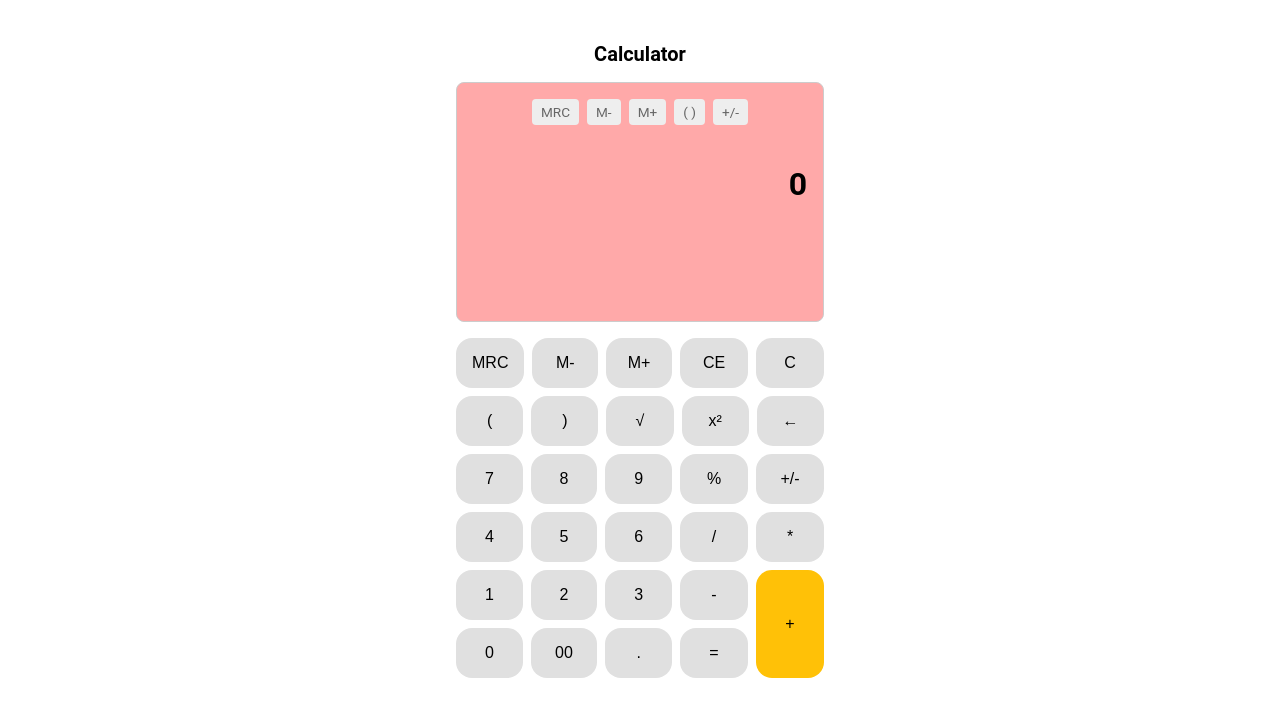
Repository: Denis793/CalculatorNew
Page: index.html
These files come from the project's save history. The page is drawn as it stood at one moment and after the next save; the edit follows.
The browser window is 1280 px wide. The pictures show the whole page.
The style sheet was rebuilt from its Sass, Less or Tailwind sources for each picture, by a compiler version that may differ from the author's.

Above is the page before, as saved 2025-05-17 19:12:21.

After the next save:
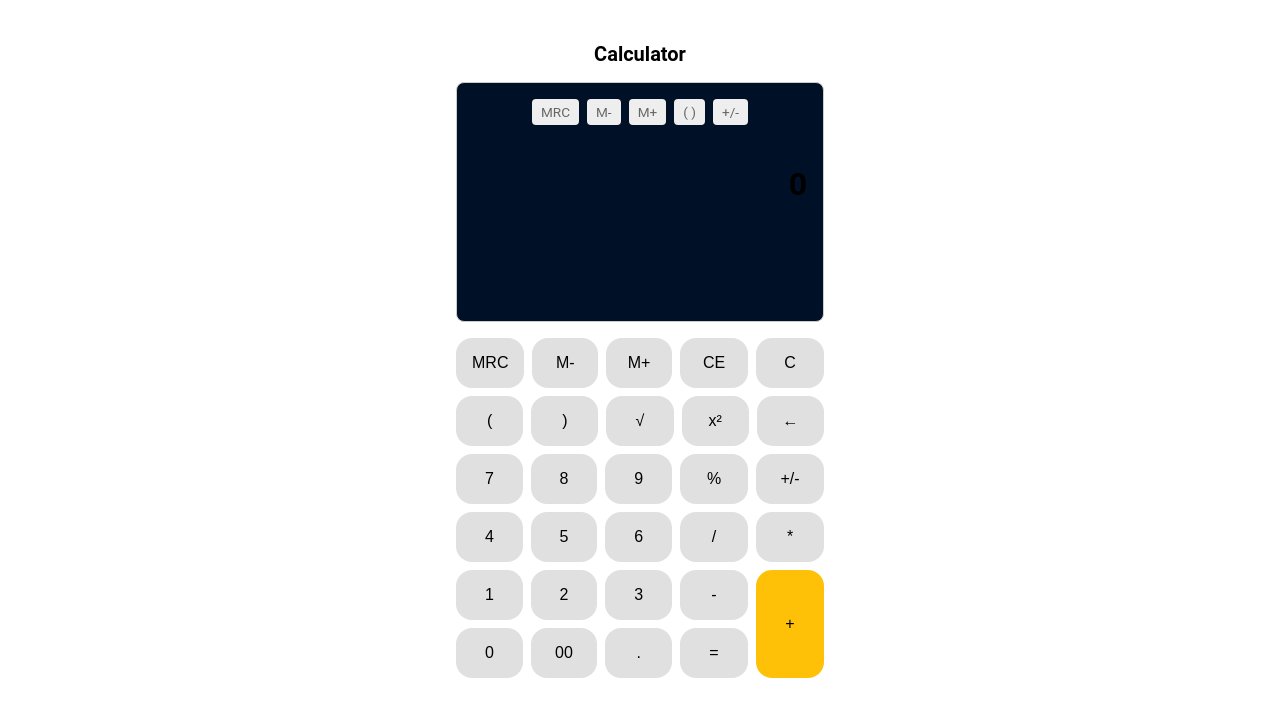
Saved 7 s later.
--- a/app/style/scss/main.scss
+++ b/app/style/scss/main.scss
@@ -13,7 +13,7 @@ h1 {
 }
 
 .display {
-  background: #ffa9a9;
+  background: #001127;
   padding: 1rem;
   border: 1px solid #ccc;
   display: flex;
